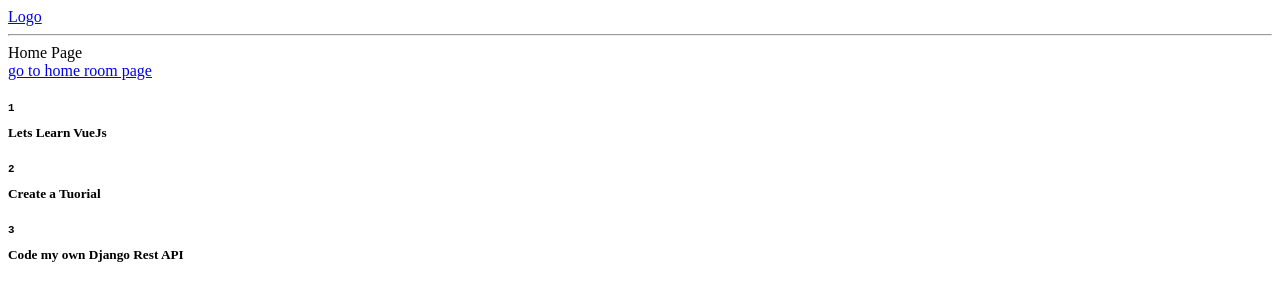
Repository: feyroozecode/studybud_django_app
Page: http://localhost/
These files come from the project's save history. The page is drawn as it stood at one moment and after a run of saves; the edit follows.
The browser window is 1280 px wide. The pictures show the whole page.
The page is served by the project's application, run on Django 4.2 (manage.py).

Above is the page before, as saved 2023-09-30 19:54:13.

After the next 4 saves:
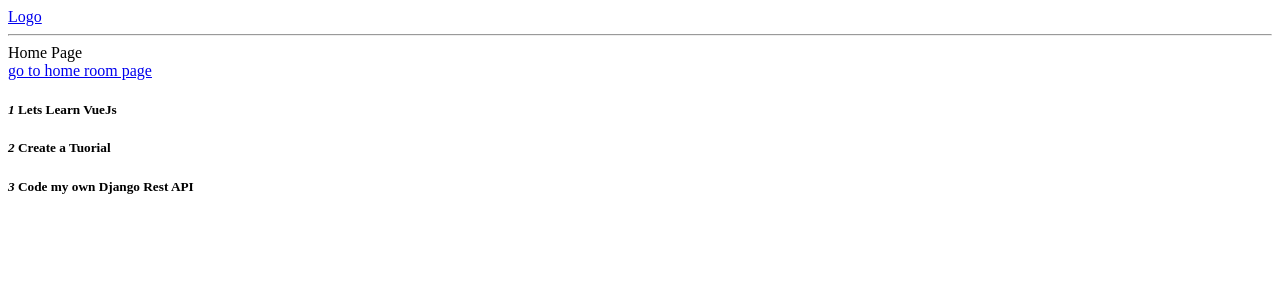
The 4 saves are shown as one change because they came seconds apart.
The last was saved 13 s later.
--- a/templates/home.html
+++ b/templates/home.html
@@ -11,7 +11,7 @@
     <div>
         {% for room in rooms %}
             <div>
-              <h5>  <pre>{{ room.id }}</pre> {{ room.name }} </h5>
+              <h5>  <em>{{ room.id }}</em> {{ room.name }} </h5>
 
             </div>
 
